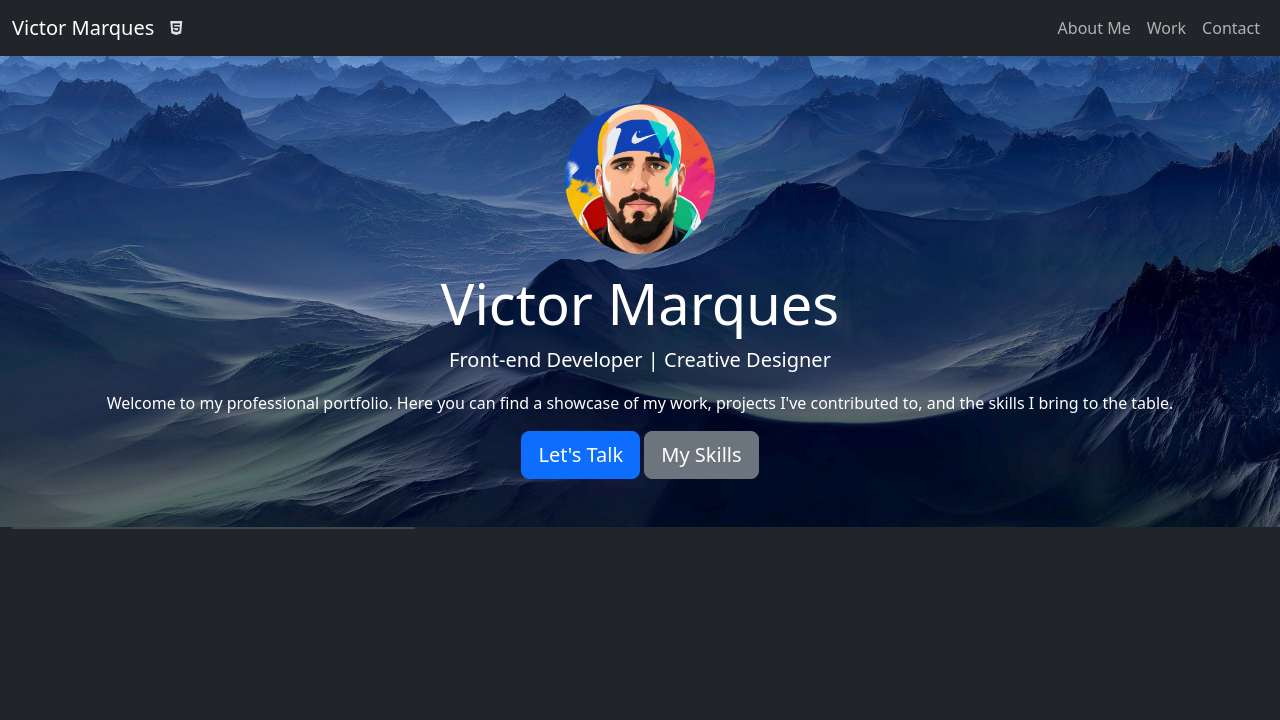
Repository: uvee35/Bootstrap-Portfolio
Page: index.html
These files come from the project's save history. The page is drawn as it stood at one moment and after the next save; the edit follows.
The browser window is 1280 px wide. The pictures show the whole page.

Above is the page before, as saved 2023-12-17 07:09:01.

### index.html
<!DOCTYPE html>
<html lang="en" data-bs-theme="dark">
  <head>
    <meta charset="utf-8" />
    <meta name="viewport" content="width=device-width, initial-scale=1" />
    <title>Bootstrap demo</title>
    <link
      href="https://cdn.jsdelivr.net/npm/bootstrap@5.3.2/dist/css/bootstrap.min.css"
      rel="stylesheet"
      integrity="sha384-T3c6CoIi6uLrA9TneNEoa7RxnatzjcDSCmG1MXxSR1GAsXEV/Dwwykc2MPK8M2HN"
      crossorigin="anonymous"
    />
    <link rel="stylesheet" href="./css/style.css" />
    <link
      rel="stylesheet"
      href="https://cdnjs.cloudflare.com/ajax/libs/font-awesome/5.15.4/css/all.min.css"
    />
  </head>
  <body>
    <!-- Navbar -->
    <nav class="navbar navbar-expand-lg navbar-light bg-dark">
      <div class="container-fluid">
        <!-- Brand/logo -->
        <a class="navbar-brand" href="#home">Victor Marques</a>
        <i class="fab fa-html5"></i>

        <!-- Toggle button for small screens -->
        <button
          class="navbar-toggler"
          type="button"
          data-bs-toggle="collapse"
          data-bs-target="#navbarNavAltMarkup"
          aria-controls="navbarNavAltMarkup"
          aria-expanded="false"
          aria-label="Toggle navigation"
        >
          <span class="navbar-toggler-icon"></span>
        </button>

        <!-- Navbar links -->
        <div
          class="collapse navbar-collapse justify-content-end"
          id="navbarNavAltMarkup"
        >
          <div class="navbar-nav">
            <a class="nav-link" href="#about-me">About Me</a>
            <a class="nav-link" href="#work">Work</a>
            <a class="nav-link" href="#contact">Contact</a>
          </div>
        </div>
      </div>
    </nav>

    <!-- Hero Section -->
    <section class="hero-section bg-dark text-center py-5">
      <div class="container">
        <img
          src="./css/images/victor.JPG"
          alt="Your Name"
          class="rounded-circle mb-3"
          style="width: 150px; height: 150px"
        />
        <h1 class="display-4">Victor Marques</h1>
        <p class="lead">Front-end Developer | Creative Designer</p>
        <p>
          Welcome to my professional portfolio. Here you can find a showcase of
          my work, projects I've contributed to, and the skills I bring to the
          table.
        </p>
      </div>
      <button type="button" class="btn btn-primary btn-lg">Let's Talk</button>
      <button type="button" class="btn btn-secondary btn-lg">My Skills</button>
    </section>

    <!-- Cards -->
    <div class="container-fluid">
      <div class="row">
        <!-- Card 1 -->
        <div class="cardContainer col-lg-4 col-md-4 col-sm-6">
          <div class="card">
            <img src="" class="card-img-top" alt="" />
          </div>
        </div>
      </div>
    </div>

    <script
      src="https://cdn.jsdelivr.net/npm/bootstrap@5.3.2/dist/js/bootstrap.bundle.min.js"
      integrity="sha384-C6RzsynM9kWDrMNeT87bh95OGNyZPhcTNXj1NW7RuBCsyN/o0jlpcV8Qyq46cDfL"
      crossorigin="anonymous"
    ></script>
  </body>
</html>

### css/style.css
.hero-section {
    background-color: #121212; /* Dark background color */
    color: #ffffff; /* White text color for contrast */
    position: relative; /* Position relative for absolute positioning of buttons */
    z-index: 1; /* Ensure the layering is correct */
  }


  .hero-buttons {
    position: absolute;
    bottom: 20px;
    left: 50%;
    transform: translateX(-50%); /* Center the buttons */
    z-index: 2; /* Above the background image */
  }

  /* If you have a specific background image you want to use */
  .hero-section {
    background-image: url('./images/planet-1702788_1920.jpg');
    background-size: cover;
    background-position: center;
  }

After the next save:
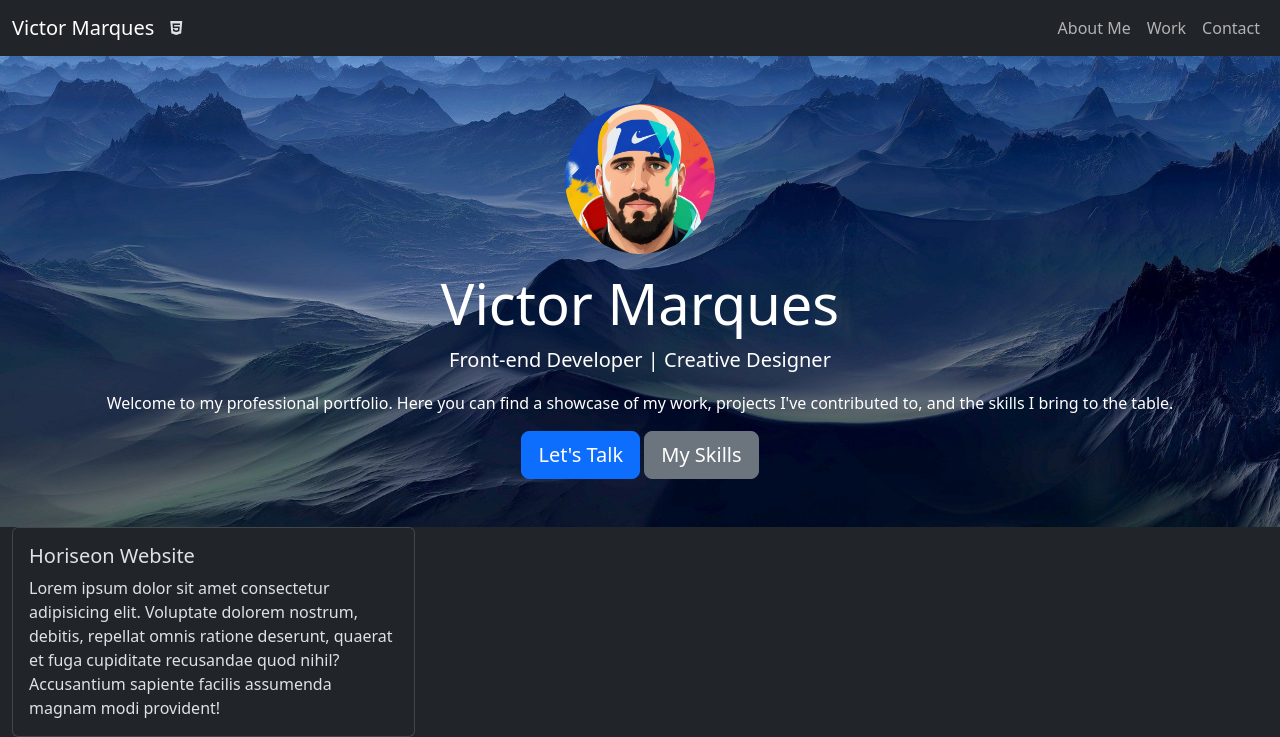
Saved 2 min 40 s later.
--- a/index.html
+++ b/index.html
@@ -79,6 +79,11 @@
         <div class="cardContainer col-lg-4 col-md-4 col-sm-6">
           <div class="card">
             <img src="" class="card-img-top" alt="" />
+          <div class="card-body">
+            <h5 class="card-title"> Horiseon Website</h5>
+            <p class="card-text">Lorem ipsum dolor sit amet consectetur adipisicing elit. Voluptate dolorem nostrum, debitis, repellat omnis ratione deserunt, quaerat et fuga cupiditate recusandae quod nihil? Accusantium sapiente facilis assumenda magnam modi provident!</p>
+
+
           </div>
         </div>
       </div>
